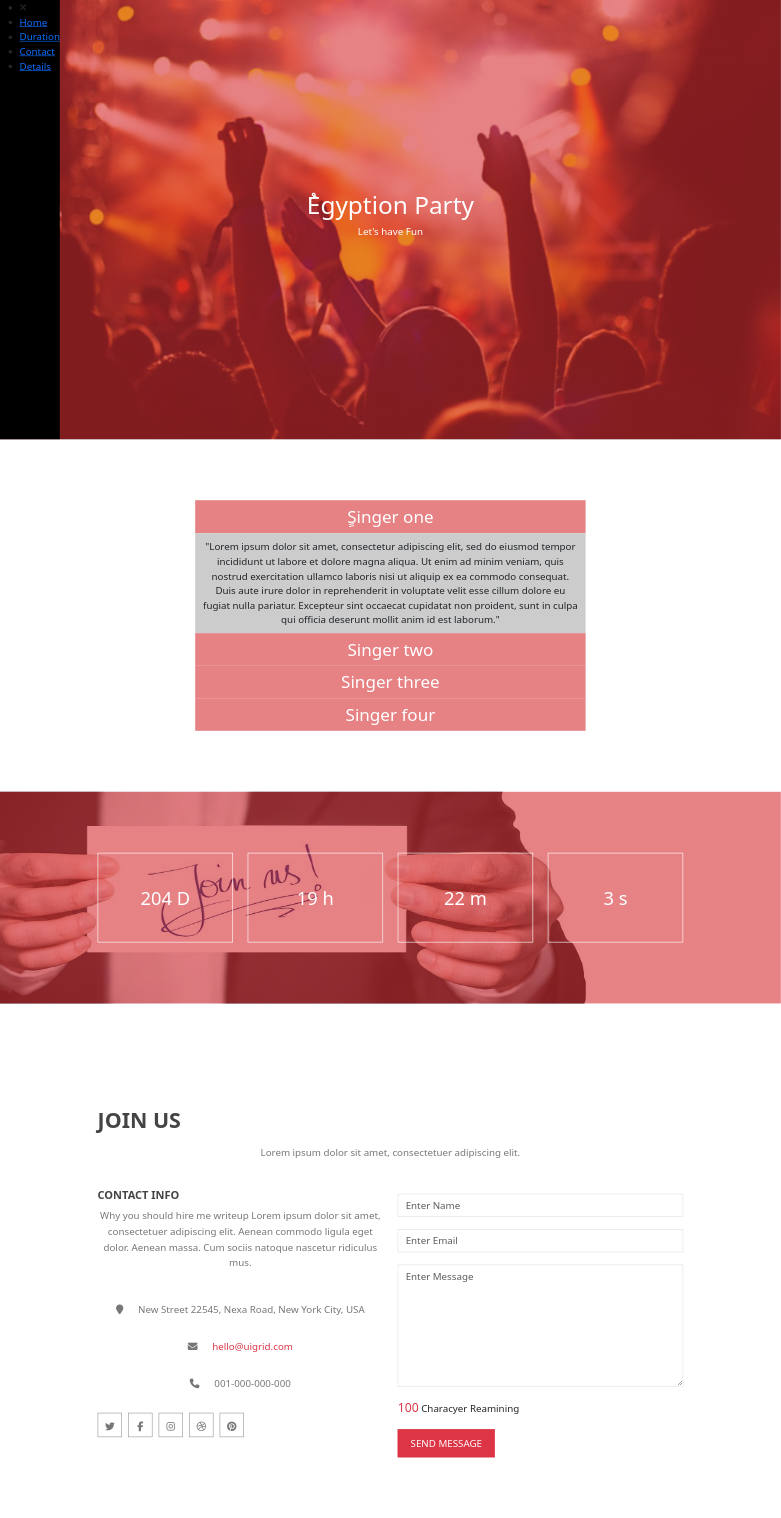
Repository: HagarYousry/jQuery
Page: index.html
These files come from the project's save history. The page is drawn as it stood at one moment and after a run of saves; the edit follows.
The browser window is 1280 px wide. The pictures show the whole page, at 61% of full size.

Above is the page before, as saved 2024-07-25 18:07:34.

### index.html
<!DOCTYPE html>
<html lang="en">

<head>
    <meta charset="UTF-8">
    <meta name="viewport" content="width=device-width, initial-scale=1.0">
    <title>Egyption party</title>
    <!-- web fonts  -->
    <link rel="stylesheet" href="css/all.min.css">
    <!-- bootstrap -->
    <link rel="stylesheet" href="css/bootstrap.min.css">
    <!-- main css -->
    <link rel="stylesheet" href="css/main.css">
</head>

<body>
    <div id="home">

            <div id="sideNav" class="sideNav bg-black">
                <ul>
                    <li class="p-0 closeIcon">
                        <i class="fa-solid fa-xmark "></i>
                    </li>
                     <li ><a class="sideNav-link" href="#home">Home</a></li>
                     <li ><a class="sideNav-link" href="#Acordion">Duration</a></li>
                     <li ><a class="sideNav-link" href="#contact">Contact</a></li>
                     <li ><a class="sideNav-link" href="#count">Details</a></li>
                </ul>
            </div>

            <div class="home-title d-flex justify-content-center align-items-center flex-column vh-100 text-white">
                <h1>ُEgyption Party</h1>
                <p>Let's have Fun</p>
            </div>


    </div>










    <!-- ! start sideNav section -->
    <!-- <section id="sideNav">
        <div class="navAnchor bg-black">
            <ul>
                <li class="p-0 closeIcon">
                    <i class="fa-solid fa-xmark "></i>
                </li>
                 <li ><a class="sideNav-link" href="#home">Home</a></li>
                 <li ><a class="sideNav-link" href="#Acordion">Duration</a></li>
                 <li ><a class="sideNav-link" href="#contact">Contact</a></li>
                 <li ><a class="sideNav-link" href="#count">Details</a></li>
            </ul>
        </div>

        <div class="navIcon align-self-center bg-danger bg-opacity-50 m-1 text-white p-2">
            <div class="navIcon-content d-flex align-items-center">
                <i class="fa-solid fa-bars"></i>
                <h4 class="ms-2">open</h4>
            </div>
        </div>
    </section> -->
    <!--! end sideNav section -->

    <!--! start header section  -->
    <!-- <header id="home" class="d-flex justify-content-center align-items-center flex-column">
        <div class="home-content text-center text-white">
            <h1>ُEgyption Party</h1>
            <p>Let's have Fun</p>
        </div>
    </header> -->
    <!--! end header section  -->

    <!-- start Acordion section  -->
    <section id="Acordion" class="text-center">

        <div class="container-fluid w-50 ">
            <h3 class="toggle ">ٍSinger one</h3>
            <div class="inner first">"Lorem ipsum dolor sit amet, consectetur adipiscing elit, sed do eiusmod tempor
                incididunt ut labore et dolore magna aliqua. Ut enim ad minim veniam, quis nostrud exercitation ullamco
                laboris nisi ut aliquip ex ea commodo consequat. Duis aute irure dolor in reprehenderit in voluptate
                velit
                esse cillum dolore eu fugiat nulla pariatur. Excepteur sint occaecat cupidatat non proident, sunt in
                culpa
                qui officia deserunt mollit anim id est laborum."
            </div>


            <h3 class="toggle">Singer two</h3>
            <div class="inner">"Sed ut perspiciatis unde omnis iste natus error sit voluptatem accusantium doloremque
                laudantium, totam rem aperiam, eaque ipsa quae ab illo inventore veritatis et quasi architecto beatae
                vitae
                dicta sunt explicabo. Nemo enim ipsam voluptatem quia voluptas sit aspernatur aut odit aut fugit, sed
                quia
                consequuntur magni dolores eos qui ratione voluptatem sequi nesciunt. Neque porro quisquam est, qui
                dolorem
                ipsum quia dolor sit amet, consectetur, adipisci velit, sed quia non numquam eius modi tempora incidunt
                ut
                labore et dolore magnam aliquam quaerat voluptatem. Ut enim ad minima veniam, quis nostrum
                exercitationem
                ullam corporis suscipit laboriosam, nisi ut aliquid ex ea commodi consequatur? Quis autem vel eum iure
                reprehenderit qui in ea voluptate velit esse quam nihil molestiae consequatur, vel illum qui dolorem eum
                fugiat quo voluptas nulla pariatur?"
            </div>


            <h3 class="toggle">Singer three</h3>
            <div class="inner">"But I must explain to you how all this mistaken idea of denouncing pleasure and praising
                pain was born and I will give you a complete account of the system, and expound the actual teachings of
                the
                great explorer of the truth, the master-builder of human happiness. No one rejects, dislikes, or avoids
                pleasure itself, because it is pleasure, but because those who do not know how to pursue pleasure
                rationally
                encounter consequences that are extremely painful. Nor again is there anyone who loves or pursues or
                desires
                to obtain pain of itself, because it is pain, but because occasionally circumstances occur in which toil
                and
                pain can procure him some great pleasure. To take a trivial example, which of us ever undertakes
                laborious
                physical exercise, except to obtain some advantage from it? But who has any right to find fault with a
                man
                who chooses to enjoy a pleasure that has no annoying consequences, or one who avoids a pain that
                produces no
                resultant pleasure?"
            </div>


            <h3 class="toggle">Singer four</h3>
            <div class="inner">"At vero eos et accusamus et iusto odio dignissimos ducimus qui blanditiis praesentium
                voluptatum deleniti atque corrupti quos dolores et quas molestias excepturi sint occaecati cupiditate
                non
                provident, similique sunt in culpa qui officia deserunt mollitia animi, id est laborum et dolorum fuga.
                Et
                harum quidem rerum facilis est et expedita distinctio. Nam libero tempore, cum soluta nobis est eligendi
                optio cumque nihil impedit quo minus id quod maxime placeat facere possimus, omnis voluptas assumenda
                est,
                omnis dolor repellendus. Temporibus autem quibusdam et aut officiis debitis aut rerum necessitatibus
                saepe
                eveniet ut et voluptates repudiandae sint et molestiae non recusandae. Itaque earum rerum hic tenetur a
                sapiente delectus, ut aut reiciendis voluptatibus maiores alias consequatur aut perferendis doloribus
                asperiores repellat."

            </div>

        </div>
    </section>
    <!-- end Acordion section  -->

    <!-- start count section  -->
    <section id="count">
        <div class="container-fluid w-75 text-center text-white">
            <div class="row">
                <div class="col-md-3">
                    <div class="time">
                        <span class="days">00</span>
                    </div>
                </div>

                <div class="col-md-3">
                    <div class="time">
                        <span class="hours">00</span>
                    </div>
                </div>

                <div class="col-md-3">
                    <div class="time">
                        <span class="minutes">00</span>
                    </div>
                </div>

                <div class="col-md-3">
                    <div class="time">
                        <span class="seconds">00</span>
                    </div>
                </div>

            </div>
        </div>
    </section>
    <!-- end count section  -->

    <!-- start contact-us section  -->
    <section id="contact">
        <div class="container-fluid w-75">
            <div class="head">
                <h2 class="text-uppercase fw-bold">Join Us</h2>
                <p class="text-center">Lorem ipsum dolor sit amet, consectetuer adipiscing elit.</p>
            </div>
            <div class="row mt-5">
                <div class="col-md-6">
                    <div class="col-info">
                        <h3 class="text-uppercase">CONTACT INFO</h3>
                        <p class="text-center">Why you should hire me writeup Lorem ipsum dolor sit amet, consectetuer
                            adipiscing elit.
                            Aenean commodo ligula eget dolor. Aenean massa. Cum sociis natoque nascetur ridiculus mus.
                        </p>

                        <div class="icons text-center">
                            <p><i class="fa fa-map-marker"></i> New Street 22545, Nexa Road, New York City, USA</p>

                            <p class="text-danger"><i class="fa fa-envelope"></i> hello@uigrid.com</p>
                            <p><i class="fa fa-phone"></i> 001-000-000-000</p>
                        </div>

                        <div class="social d-flex align-items-center">

                            <i class="fab fa-twitter fa-fw"></i>
                            <i class="fab fa-facebook-f fa-fw"></i>
                            <i class="fab fa-instagram fa-fw"></i>
                            <i class="fab fa-dribbble fa-fw"></i>
                            <i class="fab fa-pinterest fa-fw"></i>

                        </div>
                    </div>
                </div>

                <div class="col-md-6">
                    <form>

                        <input class="form-control mt-2" type="text" placeholder="Enter Name">
                        <input class="form-control" type="email" placeholder="Enter Email">
                        <textarea class="form-control " placeholder="Enter Message"></textarea>
                        <span id="chars" class="text-danger">100</span> Characyer Reamining
                        <button class="btn btn-danger text-uppercase">Send Message</button>

                    </form>
                </div>
            </div>
        </div>
    </section>
    <!-- end contact-us section  -->


    <!-- jquery  -->
    <script src="js/jquery-3.7.1.min.js"></script>
    <!-- index js  -->
    <script src="js/index.js"></script>


</body>

</html>

### css/main.css
#home{
    height: 100vh;
    background-image: linear-gradient(rgba(214, 46, 51, 0.6), rgba(214, 46, 51, 0.6)),
        url(../imgs/events-heavenly-header.jpg);
    background-position: center;
    background-size: cover;
    background-repeat: no-repeat;
}

#sideNav {
    position: fixed;
    top: 0;
    bottom: 0;
    left: 0;
    display: flex;
    z-index: 9999;
}






/* #sideNav {
    position: fixed;
    top: 0;
    bottom: 0;
    left: 0;
    display: flex;
    z-index: 9999;
}

#sideNav .navAnchor {
    padding: 40px 0 0 0;
    position: relative;
}

#sideNav .navAnchor ul {
    padding: 0 20px 0 20px;
}

#sideNav .navAnchor ul li {
    padding: 25px;
    list-style: none;
    cursor: pointer;
}

#sideNav .navAnchor ul li:hover a {
    color: rgba(214, 46, 51, 0.4);
}

#sideNav .navAnchor ul li a {
    text-decoration: none;
    font-size: 25px;
    color: white;
    transition: 0.3s all;
}


.closeIcon {
    position: absolute;
    top: 0;
    right: 25px;
    font-size: 26px;
    margin-left: 50px;
    color: white;
}

.navIcon {
    border-radius: 20px 20px;
}

.navIcon i,
.navIcon h4 {
    font-size: 30px;
    cursor: pointer;
}

@media (max-width: 991.98px) {
    .navIcon {
        align-self: flex-start !important;
    }

    .navIcon .navIcon-content {
        flex-direction: column;
    }
}


header {
    height: 100vh;
    background-image: linear-gradient(rgba(214, 46, 51, 0.6), rgba(214, 46, 51, 0.6)),
        url(../imgs/events-heavenly-header.jpg);
    background-position: center;
    background-size: cover;
    background-repeat: no-repeat;
}

header h1 {
    font-size: 60px;
} */



/* start Acordion section  */
#Acordion {
    padding: 100px auto;
}

.toggle {
    background-color: rgba(214, 46, 51, 0.6);
    cursor: pointer;
    color: white;
    padding: 10px;
    margin: 0px;
}

.inner {
    background-color: rgb(204, 204, 204);
    display: none;
    padding: 10px;
}

#Acordion .first {
    display: block;
}

/* end Acordion section  */

/* start count section  */

#count {
    background-image: linear-gradient(rgba(214, 46, 51, 0.6), rgba(214, 46, 51, 0.6)), url(../imgs/invitation-2508607__340.jpg);
    background-repeat: no-repeat;
    background-position: center center;
    background-size: 100% 100%;
    position: relative;
}

.container-fluid {
    padding: 100px 0px;
}

.time {
    padding: 50px;
    border: 1px solid #FFF;
    font-weight: 500;
    font-size: 30px;
}

/* end count section  */

/* start contact-us section  */
#contact {
    margin-top: 70px;
}

#contact .head h2 {
    font-size: 35px;
    color: #444;
    margin-bottom: 20px;
}

#contact .head p {
    color: #777;
    font-weight: 300;
    font-size: 16px;
}

#contact .col-md-6 .col-info .icons {
    margin-top: 50px;
}

#contact .col-md-6 .col-info .icons p {
    margin-bottom: 35px;
}

#contact .col-md-6 .col-info h3 {
    color: #444;
    font-size: 18px;
    font-weight: 900;
}

#contact .col-md-6 .col-info p {
    font-size: 16px;
    line-height: 26px;
    color: #777;
}

#contact i {
    margin-right: 20px;
    color: #777;
}

#contact .col-md-6 .col-info .social i {
    margin-right: 10px;
    border: 1px solid #999;
    width: 40px;
    height: 40px;
    line-height: 42px;
    cursor: pointer;
    text-align: center;
    transition: 0.5s all;
}

#contact .col-md-6 .col-info .social i:hover {
    color: #fff;
    background-color: #D62E33;
    border: 1px solid #D62E33;
}

#contact .col-md-6 form input,
#contact .col-md-6 form textarea {
    margin-bottom: 20px;
    border-radius: 0;
}

#contact .col-md-6 form textarea {
    height: 200px;
    resize: vertical;
}

#contact .col-md-6 form button {
    padding: 10px 20px;
    border-radius: 0;
    margin-top: 20px;
    display: block;
}

#contact .col-md-6 form #chars {
    font-size: 20px;
}
/* end contact-us section  */

### js/index.js
/// <reference types="../@types/jquery"/>

// start sideNav section

const navAnchorwidth = $('.navAnchor').outerWidth(true);

// console.log(navAnchorwidth);

//! first: Close sideNav
$('#sideNav')
    .animate({ left: -navAnchorwidth }, 0);

let isOpen = false

//! second: on click "navIcon" ,toggle open & close sideNav
$('#sideNav .navIcon')
    .on('click', function () {
        let status;
        // = isOpen ? -navAnchorwidth : 0;
        if (isOpen) {
            status = -navAnchorwidth
            $('.home-content').animate({ marginLeft: 0 }, 1000)
        } else {
            status = 0
            $('.home-content').animate({ marginLeft: navAnchorwidth }, 1000)
        }
        isOpen = !isOpen;

        $(this).parent()
            .animate({ left: status }, 1000)

    })

//! closeIcon
$('.closeIcon')
    .on('click', function () {
        isOpen = !isOpen;
        $('#sideNav')
            .animate({ left: -navAnchorwidth }, 1000);
        $('.home-content').animate({ marginLeft: 0 }, 1000)
    })


//! scroll to sections
$('.sideNav-link[href^="#"]')
    .on('click', function () {
        const sectionId = $(this).attr('href');
        // console.log(section);
        //! get section top
        const sectionTop = $(sectionId).offset().top;
        // console.log(top);
        $('html , body')
            .animate({ scrollTop: sectionTop }, 2000)
    })

// end sideNav section

// start Acordion section
//! slideToggle effect
$('#Acordion .toggle').on('click', function () {
    //! slide up all inner except the one i clicked on
    $('.inner').not($(this).next()).slideUp(500);
    //! slide toggle
    $(this).next().slideToggle(500);
});
// end Acordion section

//start count section
$(window).on('load', function () {
    countDownTime("24 january 2025 00:00:00");
})


function countDownTime(countTo) {

    //! get countTo date
    let futureDate = new Date(countTo);
    futureDate = (futureDate.getTime() / 1000);
    // console.log(futureDate);

    //! get current date
    let now = new Date();
    // console.log(now);
    now = (now.getTime() / 1000);

    //! get the difference between current date and countTo date by sec
    timeDifference = (futureDate - now);

    //?(24 * 60 * 60) ==> num. of sec in day ==> 86400
    let days = Math.floor(timeDifference / 86400);
    let hours = Math.floor((timeDifference - (days * 86400)) / 3600);
    let mins = Math.floor((timeDifference - (days * 86400) - (hours * 3600)) / 60);
    let secs = Math.floor((timeDifference - (days * 86400) - (hours * 3600) - (mins * 60)))


    $(".days").html(`${days} D`);
    $(".hours").html(`${hours} h`);
    $(".minutes").html(`${mins} m`);
    $('.seconds').html(`${secs} s`)

    //! Repeating the Countdown Every Second
    setInterval(function () {
        countDownTime(countTo);
    }, 1000);
}
//end count section

//start contact-us section
let maxLength = 100;
$('textarea').on('keyup', function () {
    //! val as getter ==> lenght
    let length = $(this).val().length;
    // console.log(length);
    let AmountLeft = maxLength - length;
    console.log(AmountLeft);
    if (AmountLeft <= 0) {
        $("#chars").text("your available characters finished");
    }
    else {
        $("#chars").text(AmountLeft);
    }
});
//end contact-us section

Loaded but not shown: css/all.min.css (library); css/bootstrap.min.css (library); js/jquery-3.7.1.min.js (library)

After the next 3 saves:
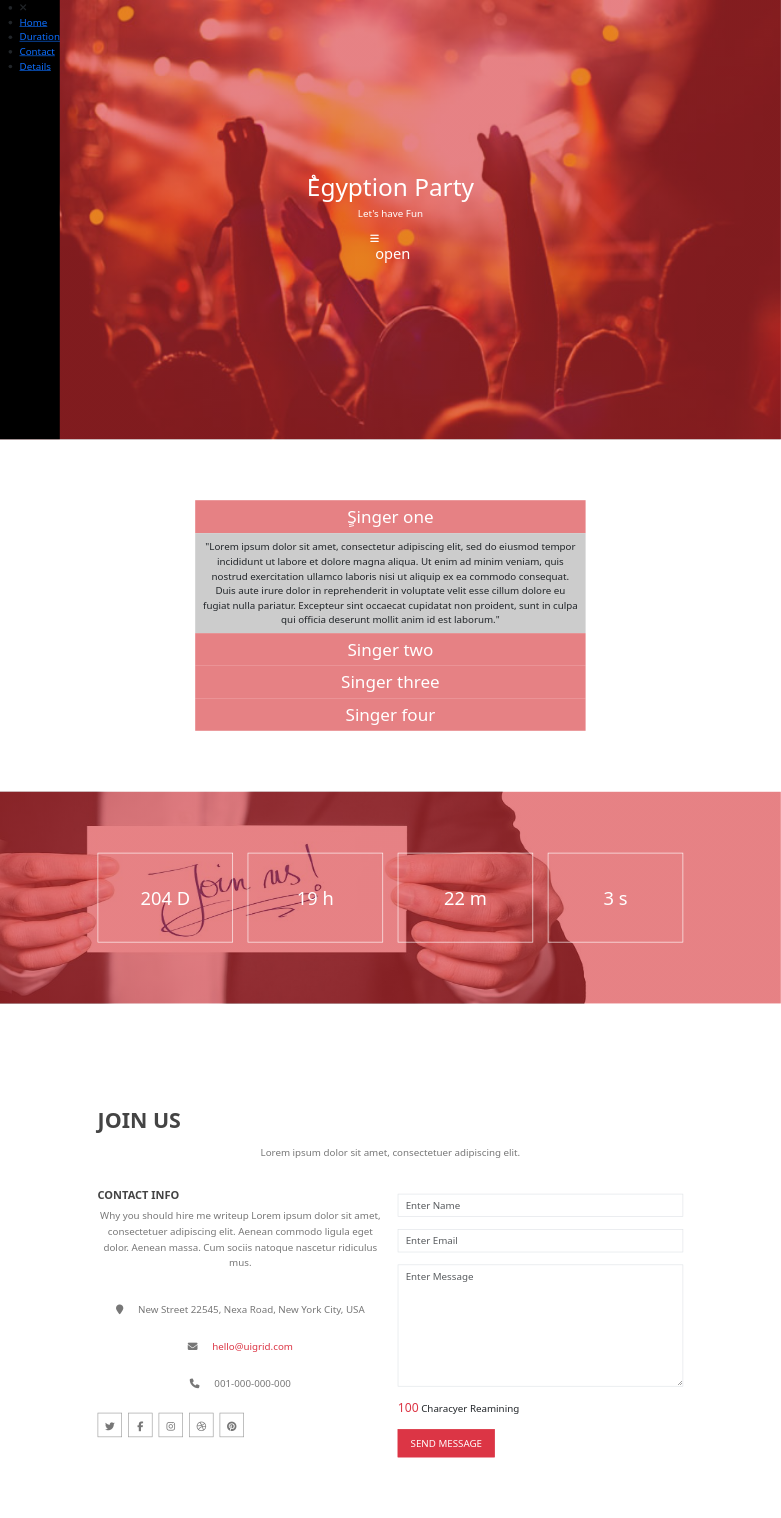
The 3 saves are shown as one change because they came seconds apart.
The last was saved 27 s later.
--- a/index.html
+++ b/index.html
@@ -31,6 +31,10 @@
             <div class="home-title d-flex justify-content-center align-items-center flex-column vh-100 text-white">
                 <h1>ُEgyption Party</h1>
                 <p>Let's have Fun</p>
+                <span>
+                    <i class="fa-solid fa-bars"></i>
+                <h4 class="ms-2">open</h4>
+                </span>
             </div>
 
 
